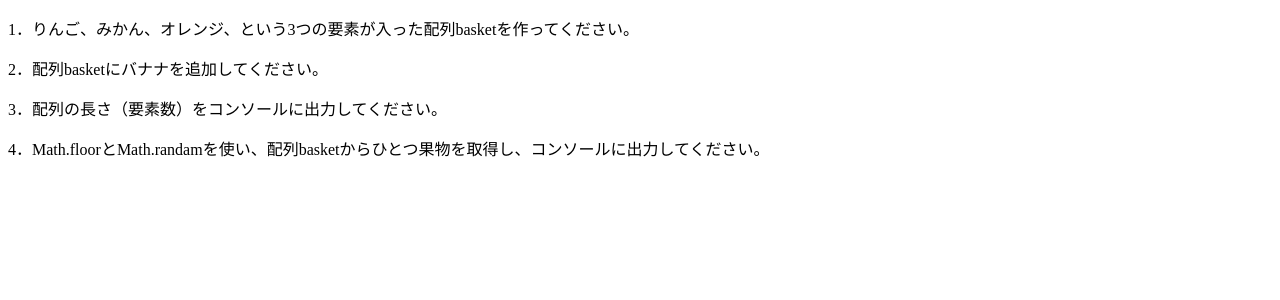
Repository: myojosamurai/Samurai_JS-
Page: javascript1/shukudai3-1.html
The author's editor kept a record of every edit. The page is drawn from the files as they stood at one moment, then again after the next edit.
The browser window is 1280 px wide. The pictures show the whole page.

Above is the page before.
Console error: SyntaxError: Unexpected token '}'

After the next edit:
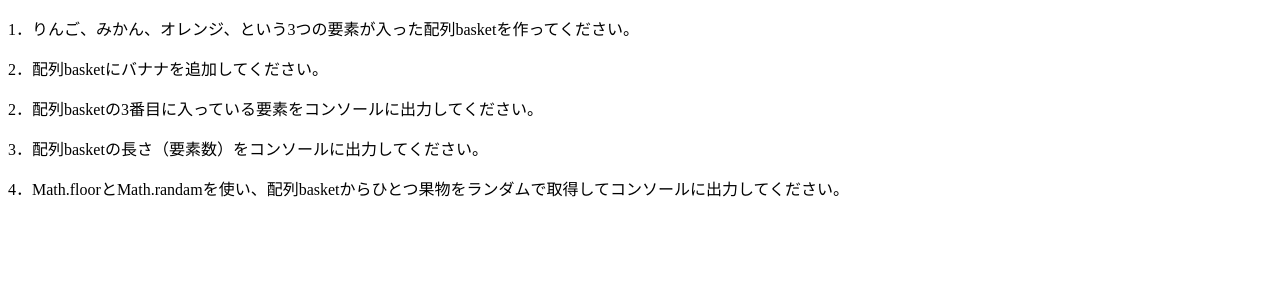
The edit:
--- a/javascript1/shukudai3-1.html
+++ b/javascript1/shukudai3-1.html
@@ -6,8 +6,9 @@
 <body>
 <p>1．りんご、みかん、オレンジ、という3つの要素が入った配列basketを作ってください。</p>
 <p>2．配列basketにバナナを追加してください。</p>
-<p>3．配列の長さ（要素数）をコンソールに出力してください。</p>
-<p>4．Math.floorとMath.randamを使い、配列basketからひとつ果物を取得し、コンソールに出力してください。</p>
+<p>2．配列basketの3番目に入っている要素をコンソールに出力してください。</p>
+<p>3．配列basketの長さ（要素数）をコンソールに出力してください。</p>
+<p>4．Math.floorとMath.randamを使い、配列basketからひとつ果物をランダムで取得してコンソールに出力してください。</p>
 </p>
 <body>
   <script>
